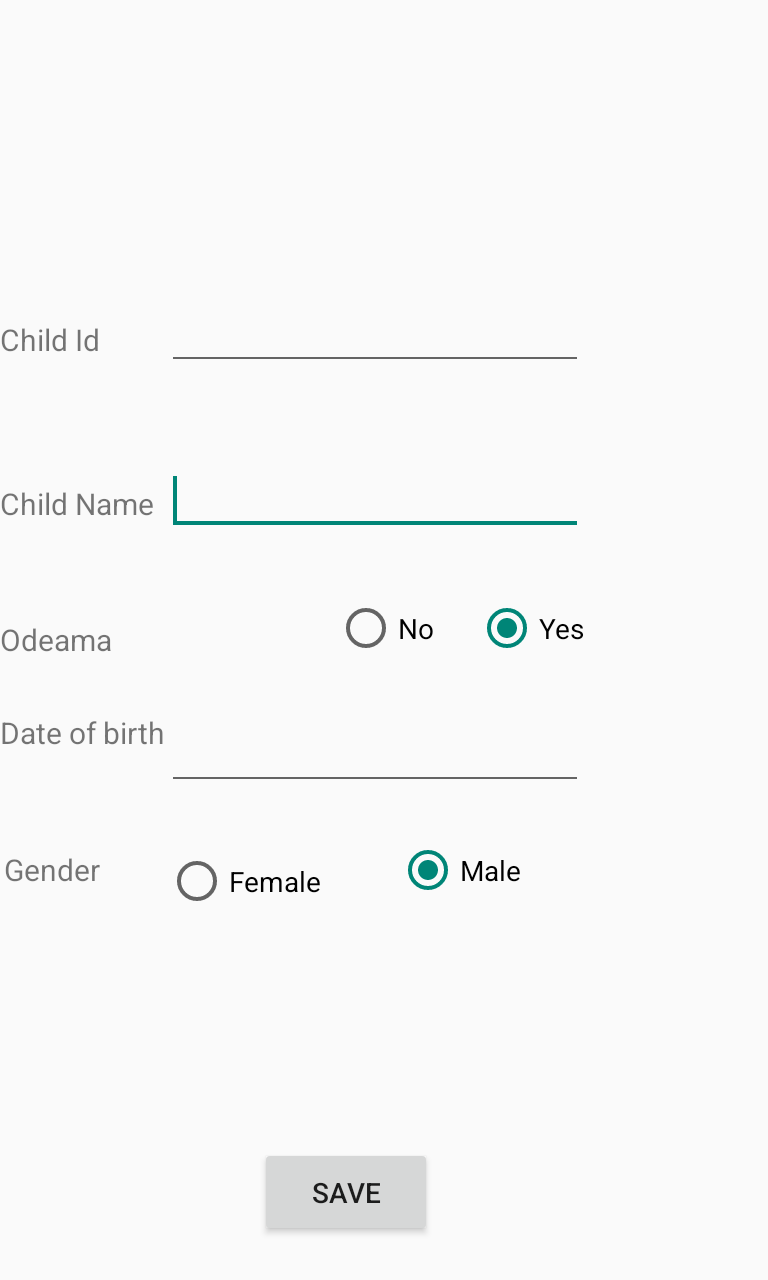
Repository: Team-7/hopeworldwide
Layout: workspace/HopeWWdatabase/res/layout/activity_main.xml
These files come from the project's save history. The layout is drawn as it stood at one moment and after the next save; the edit follows.
It is drawn on a 768 x 1280 px phone screen (xhdpi) without system bars, with theme AppTheme; the app's code is not run.

Above is the layout before, as saved 2014-04-10 09:46:37.

After the next save:
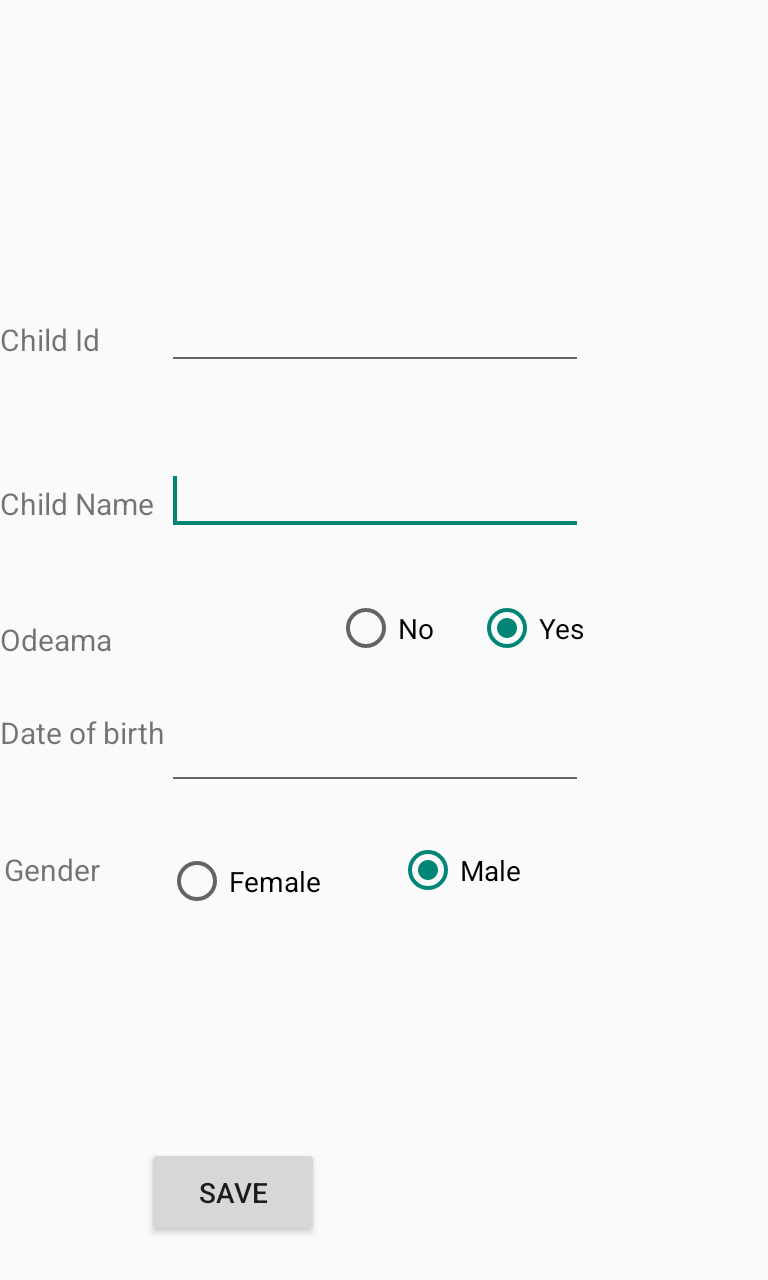
Saved 12 min 21 s later.
--- a/workspace/HopeWWdatabase/res/layout/activity_main.xml
+++ b/workspace/HopeWWdatabase/res/layout/activity_main.xml
@@ -83,7 +83,7 @@
             android:textSize="15sp" />
 
         <RadioButton
-            android:id="@+id/genderMale"
+            android:id="@+id/odeamaYes"
             android:layout_width="wrap_content"
             android:layout_height="wrap_content"
             android:layout_alignBottom="@+id/textView3"
@@ -103,7 +103,7 @@
             android:text="Male" />
 
         <RadioButton
-            android:id="@+id/genderFemale"
+            android:id="@+id/odeamNo"
             android:layout_width="wrap_content"
             android:layout_height="wrap_content"
             android:layout_above="@+id/textView4"
